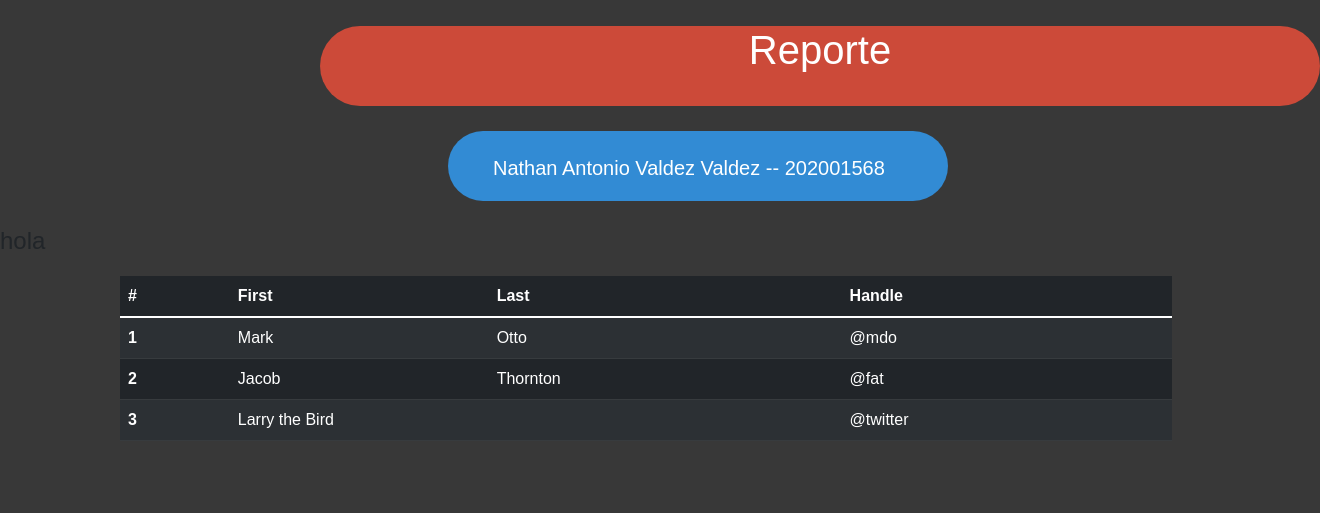
Repository: nathanvdev/LFP_PR_202001568
Page: plantilla.html
These files come from the project's save history. The page is drawn as it stood at one moment and after the next save; the edit follows.
The browser window is 1280 px wide. The page is 1320 px wide, so the pictures cover 1320 px, including what lies to the right of the window. The pictures show the whole page.

Above is the page before, as saved 2022-02-19 19:14:23.

### plantilla.html

<!DOCTYPE html>
<html lang="en">
<head>
    <meta charset="UTF-8">
    <meta http-equiv="X-UA-Compatible" content="IE=edge">
    <meta name="viewport" content="width=device-width, initial-scale=1.0">
    <link href="https://cdn.jsdelivr.net/npm/bootstrap@5.1.3/dist/css/bootstrap.min.css" rel="stylesheet" integrity="sha384-1BmE4kWBq78iYhFldvKuhfTAU6auU8tT94WrHftjDbrCEXSU1oBoqyl2QvZ6jIW3" crossorigin="anonymous">
    <title>Document</title>
</head>
<style>
    body{
        font-family: sans-serif;
    }
    .titlebox{
        background-color: rgb(204, 74, 57);
        height: 80px;
        width: 1000px;
        margin: 2%;
        margin-left: 25%;
        border-radius: 45px;

        text-align: center;
        display: flex;
        justify-content: center;
    }
    .PersonalInfo{
        background-color: rgb(50, 139, 212);
        height: 70px;
        width: 500px;
        margin: 2%;
        margin-top: 0px;
        margin-left: 35%;
        border-radius: 45px;

    }
    .tabla{
        width: 90%;
        height: auto;
        margin: 20px;
        padding-left: 100px;

    }
    .Datos{
        background-color: rgb(50, 139, 212);
        height: 70px;
        width: 500px;
        margin: 2%;
        margin-top: 0px;
        margin-left: 35%;
        border-radius: 45px;
    }
</style>
<body style="background-color: rgb(56, 56, 56);">
    <div class="titlebox">
        <h1 style="color: white;">Reporte</h1>
    </div>
    <div class="PersonalInfo">
        <h3 style="color: white;
        margin: 5%; float: left; font-size: 20px; padding-left: 20px;">
            Nathan Antonio Valdez Valdez  --  202001568
        </h3>
    </div>

    <div clas="Datos">
        <h4>
            hola
        </h4>
    </div>

    <div class="tabla">
    <table class="table table-dark table-striped">
        <thead>
          <tr>
            <th scope="col">#</th>
            <th scope="col">First</th>
            <th scope="col">Last</th>
            <th scope="col">Handle</th>
          </tr>
        </thead>
        <tbody>
          <tr>
            <th scope="row">1</th>
            <td>Mark</td>
            <td>Otto</td>
            <td>@mdo</td>
          </tr>
          <tr>
            <th scope="row">2</th>
            <td>Jacob</td>
            <td>Thornton</td>
            <td>@fat</td>
          </tr>
          <tr>
            <th scope="row">3</th>
            <td colspan="2">Larry the Bird</td>
            <td>@twitter</td>
          </tr>
        </tbody>
      </table>
    </div>
</body>
</html>

After the next save:
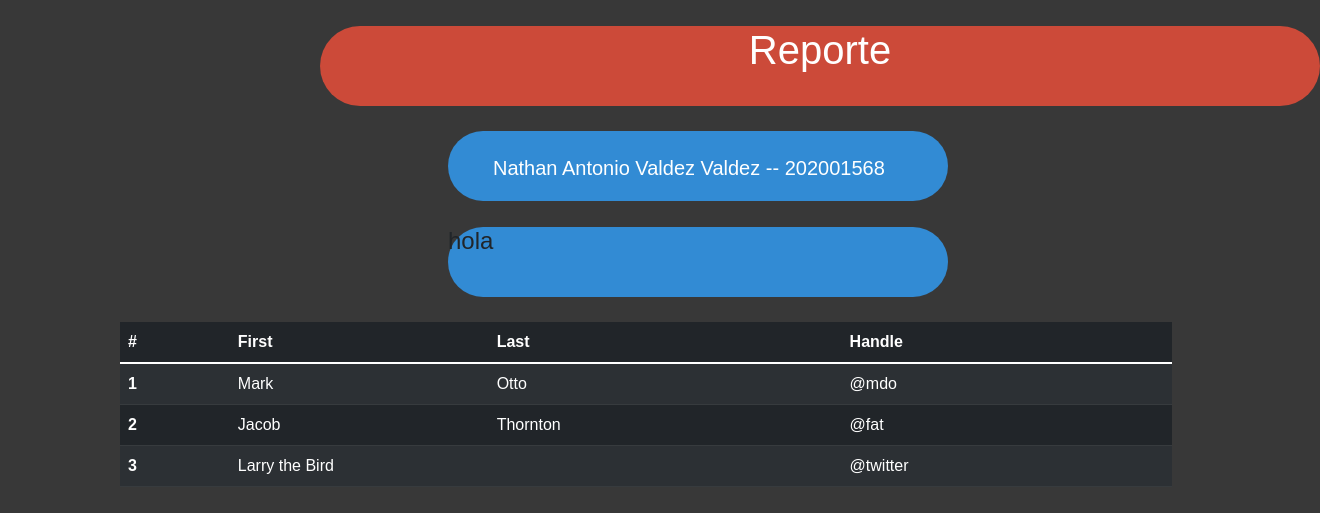
Saved 15 s later.
--- a/plantilla.html
+++ b/plantilla.html
@@ -62,7 +62,7 @@
         </h3>
     </div>
 
-    <div clas="Datos">
+    <div class="Datos">
         <h4>
             hola
         </h4>
